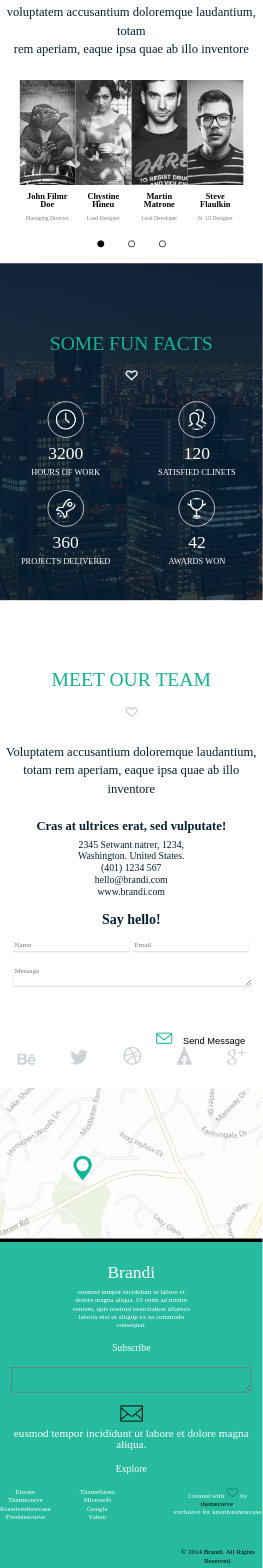
Repository: iravakilova/Brandi
Page: app/html/index.html
The author's editor kept a copy of each file at every save. The page is drawn from the files as they stood at one save, then again after the next save.
The browser window is 375 px wide. The pictures show the part of the page from y = 2396 to 4636 px (the page is 4636 px tall before and 4616 px after), at 70% of full size.
The style sheet was rebuilt from its Sass, Less or Tailwind sources for each picture, by a compiler version that may differ from the author's.

Above is the page before, as saved 2020-03-12 20:00:37.

### app/html/index.html
<!DOCTYPE html>
<html lang="en">
<head>
    <meta charset="UTF-8">
    <meta name="viewport" content="width=device-width, initial-scale=1.0">
    <title>BRANDI</title>
    <link rel="stylesheet" href="css/style.css">
</head>
<body>

    <!-- header -->

    <header class="header">
        <div class="container">
            <div class="header__inner">
                <div class="header__logo">
                    <p class="logo">Brandi</p>
                    <p class="logo-text">I’am your tag line</p>
                </div>
                <nav class="header-menu">
                    <img class="burger-menu" src="./img/menu.png" alt="">
                    <div class="navigation">
                        <a class="navigation__link active" href="#">Home</a>
                        <a class="navigation__link" href="#">Features</a>
                        <a class="navigation__link" href="#">Works</a>
                        <a class="navigation__link" href="#">Team</a>
                        <a class="navigation__link" href="#">Contact</a>
                    </div>
                </nav>
            </div>
        </div>

        <div class="intro">
            <div class="container">
                <div class="intro__inner">
                    <h1 class="intro__title">Meet <span style="font-weight: bold;">Brandi! </span> </h1>
                    <h2 class="intro__suptitle"><span style="color:#0fde95;">/creative</span> one page template.</h2>
                    <span class="intro__descr">We are a team of professionals</span>
                </div>
                <div class="social">
                    <a class="social__link" href="#"><img src="./img/twitter.png" alt="twitter"></a>
                    <a class="social__link" href="#"><img src="./img/facebook.png" alt="facebook"></a>
                    <a class="social__link" href="#"><img src="./img/google.png" alt="google"></a>
                    <a class="social__link" href="#"><img src="./img/dribbble.png" alt="dribbble"></a>
                </div>
            </div>
        </div>
    </header>

    <!-- features -->

    <section class="features">
        <div class="container">
            <h3 class="unit-title">Features</h3>
            <img class="heart" src="./img/heart-1.png" alt="">
            <div class="features__inner">
                <div class="features__var">
                    <div class="features__image">
                        <img src="./img/features-1.png" alt="">
                    </div>
                    <div class="features__item">
                        <h4 class="features__title">Branding</h4>
                        <p class="features__descr">Sed ut perspiciatis unde omnis iste natus error sit voluptatem accusantium doloremque laudantium, totam rem aperiam, eaque ipsa quae ab illo inventore</p>
                    </div>
                </div>
                <div class="features__var">
                    <div class="features__image">
                        <img src="./img/features-2.png" alt="">
                    </div>
                    <div class="features__item">
                        <h4 class="features__title">Development</h4>
                        <p class="features__descr">Sed ut perspiciatis unde omnis iste natus error sit voluptatem accusantium doloremque laudantium, totam rem aperiam, eaque ipsa quae ab illo inventore</p>
                    </div>
                </div>
                <div class="features__var">
                    <div class="features__image">
                        <img src="./img/features-3.png" alt="">
                    </div>
                    <div class="features__item">
                        <h4 class="features__title">Consulting</h4>
                        <p class="features__descr">Sed ut perspiciatis unde omnis iste natus error sit voluptatem accusantium doloremque laudantium, totam rem aperiam, eaque ipsa quae ab illo inventore</p>
                    </div>
                </div>
            </div>
        </div>
    </section>

    <!-- works -->

    <section class="works">
        <div class="wrap">
            <h3 class="unit-title">Works</h3>
            <img class="heart" src="./img/heart-1.png" alt="">
            <p class="unit-article">Sed ut perspiciatis unde omnis iste natus error sit voluptatem accusantium doloremque laudantium, totam<br/> rem aperiam, eaque ipsa quae ab illo inventore</p>
            <nav class="works-menu">
                <a class="works-menu__link" href="#">All</a>
                <a class="works-menu__link" href="#">Branding</a>
                <a class="works-menu__link" href="#">Web</a>
                <a class="works-menu__link" href="#">Logo Design</a>
                <a class="works-menu__link" href="#">Photography</a>
            </nav>
            <div class="gallery">
                <div class="gallery__container">
                    <div class="gallery__box">
                        <img class="gallery__img" src="./img/works-1.png" alt="">
                        <div class="ladore">
                            <div class="ladore__img">
                                <img src="./img/eye.png" alt="">
                            </div>
                            <h4 class="ladore__title">Labore et dolore magnam</h4>
                            <p class="ladore__descr">Photography</p>
                        </div>
                    </div>
                    <div class="gallery__box">
                        <img class="gallery__img" src="./img/works-2.png" alt="">
                        <div class="ladore">
                            <div class="ladore__img">
                                <img src="./img/eye.png" alt="">
                            </div>
                            <h4 class="ladore__title">Labore et dolore magnam</h4>
                            <p class="ladore__descr">Photography</p>
                        </div>
                    </div>
                    <div class="gallery__box">
                        <img class="gallery__img" src="./img/works-3.png" alt="">
                        <div class="ladore">
                            <div class="ladore__img">
                                <img src="./img/eye.png" alt="">
                            </div>
                            <h4 class="ladore__title">Labore et dolore magnam</h4>
                            <p class="ladore__descr">Photography</p>
                        </div>
                    </div>
                    <div class="gallery__box">
                        <img class="gallery__img" src="./img/works-4.png" alt="">
                        <div class="ladore">
                            <div class="ladore__img">
                                <img src="./img/eye.png" alt="">
                            </div>
                            <h4 class="ladore__title">Labore et dolore magnam</h4>
                            <p class="ladore__descr">Photography</p>
                        </div>
                    </div>
                    <div class="gallery__box">
                        <img class="gallery__img" src="./img/works-5.png" alt="">
                        <div class="ladore">
                            <div class="ladore__img">
                                <img src="./img/eye.png" alt="">
                            </div>
                            <h4 class="ladore__title">Labore et dolore magnam</h4>
                            <p class="ladore__descr">Photography</p>
                        </div>
                    </div>
                    <div class="gallery__box">
                        <img class="gallery__img" src="./img/works-6.png" alt="">
                        <div class="ladore">
                            <div class="ladore__img">
                                <img src="./img/eye.png" alt="">
                            </div>
                            <h4 class="ladore__title">Labore et dolore magnam</h4>
                            <p class="ladore__descr">Photography</p>
                        </div>
                    </div>
                    <div class="gallery__box">
                        <img class="gallery__img" src="./img/works-7.png" alt="">
                        <div class="ladore">
                            <div class="ladore__img">
                                <img src="./img/eye.png" alt="">
                            </div>
                            <h4 class="ladore__title">Labore et dolore magnam</h4>
                            <p class="ladore__descr">Photography</p>
                        </div>
                    </div>
                    <div class="gallery__box">
                        <img class="gallery__img" src="./img/works-8.png" alt="">
                        <div class="ladore">
                            <div class="ladore__img">
                                <img src="./img/eye.png" alt="">
                            </div>
                            <h4 class="ladore__title">Labore et dolore magnam</h4>
                            <p class="ladore__descr">Photography</p>
                        </div>
                    </div>
                </div>
            </div>
        </div>
    </section>

    <!-- team -->

    <section class="team">
        <div class="container">
            <h3 class="unit-title">Meet Our Team</h3>
            <img class="heart" src="./img/heart-1.png" alt="">
            <p class="unit-article">Sed ut perspiciatis unde omnis iste natus error sit voluptatem accusantium doloremque laudantium, totam <br/>rem aperiam, eaque ipsa quae ab illo inventore</p>
            <div class="crew">
                <input type="radio" name="switch" id="btn1" checked>
                <input type="radio" name="switch" id="btn2">
                <input type="radio" name="switch" id="btn3">

                <div class="switch">
                    <label for="btn1"></label>
                    <label for="btn2"></label>
                    <label for="btn3"></label>
                </div>
                <div class="crew__container">
                    <div class="crew__box">
                        <div class="crew__box__inner">
                            <img class="crew__img" src="./img/team-1.png" alt="">
                            <div class="crew__info">
                                <h4 class="crew__title">Nemo enim ipsam voluptatem quia voluptas</h4>
                                <p class="crew__descr">sit aspernatur aut odit aut fugit, sed quia consequuntur magni dolores eos qui ratione voluptatem.</p>
                                <div class="crew__social">
                                    <a class="crew__social__link" href="#"><img src="./img/twitter.png" alt="twitter"></a>
                                    <a class="crew__social__link" href="#"><img src="./img/facebook.png" alt="facebook"></a>
                                    <a class="crew__social__link" href="#"><img src="./img/google.png" alt="google"></a>
                                </div>
                            </div>
                        </div>
                        <h4 class="crew__suptitle">John Filmr Doe</h4>
                        <p class="crew__supdescr">Managing Director</p>
                    </div>
                    <div class="crew__box">
                        <div class="crew__box__inner">
                            <img class="crew__img" src="./img/team-2.png" alt="">
                            <div class="crew__info">
                                <h4 class="crew__title">Nemo enim ipsam voluptatem quia voluptas</h4>
                                <p class="crew__descr">sit aspernatur aut odit aut fugit, sed quia consequuntur magni dolores eos qui ratione voluptatem.</p>
                                <div class="crew__social">
                                    <a class="crew__social__link" href="#"><img src="./img/twitter.png" alt="twitter"></a>
                                    <a class="crew__social__link" href="#"><img src="./img/facebook.png" alt="facebook"></a>
                                    <a class="crew__social__link" href="#"><img src="./img/google.png" alt="google"></a>
                                </div>
                            </div>
                        </div>
                        <h4 class="crew__suptitle">Chystine Hineu</h4>
                        <p class="crew__supdescr">Lead Designer</p>
                    </div>
                    <div class="crew__box">
                        <div class="crew__box__inner">
                            <img class="crew__img" src="./img/team-3.png" alt="">
                            <div class="crew__info">
                                <h4 class="crew__title">Nemo enim ipsam voluptatem quia voluptas</h4>
                                <p class="crew__descr">sit aspernatur aut odit aut fugit, sed quia consequuntur magni dolores eos qui ratione voluptatem.</p>
                                <div class="crew__social">
                                    <a class="crew__social__link" href="#"><img src="./img/twitter.png" alt="twitter"></a>
                                    <a class="crew__social__link" href="#"><img src="./img/facebook.png" alt="facebook"></a>
                                    <a class="crew__social__link" href="#"><img src="./img/google.png" alt="google"></a>
                                </div>
                            </div>
                        </div>
                        <h4 class="crew__suptitle">Martin Matrone</h4>
                        <p class="crew__supdescr">Lead Developer</p>
                    </div>
                    <div class="crew__box">
                        <div class="crew__box__inner">
                            <img class="crew__img" src="./img/team-4.png" alt="">
                            <div class="crew__info">
                                <h4 class="crew__title">Nemo enim ipsam voluptatem quia voluptas</h4>
                                <p class="crew__descr">sit aspernatur aut odit aut fugit, sed quia consequuntur magni dolores eos qui ratione voluptatem.</p>
                                <div class="crew__social">
                                    <a class="crew__social__link" href="#"><img src="./img/twitter.png" alt="twitter"></a>
                                    <a class="crew__social__link" href="#"><img src="./img/facebook.png" alt="facebook"></a>
                                    <a class="crew__social__link" href="#"><img src="./img/google.png" alt="google"></a>
                                </div>
                            </div>
                        </div>
                        <h4 class="crew__suptitle">Steve Flaulkin</h4>
                        <p class="crew__supdescr">Sr. UI Designer</p>
                    </div>
                </div>
            </div>
        </div>
    </section>

    <!-- facts -->

    <section class="facts">
        <div class="container">
            <h3 class="unit-title">Some Fun Facts</h3>
            <img class="heart" src="./img/heart-2.png" alt="">
            <div class="facts__inner">
                <div class="facts__var">
                    <img class="facts__image" src="./img/fact-1.png" alt="">
                    <h4 class="facts__title">3200</h4>
                    <p class="facts__descr">Hours of Work</p>
                </div>
                <div class="facts__var">
                    <img class="facts__image" src="./img/fact-2.png" alt="">
                    <h4 class="facts__title">120</h4>
                    <p class="facts__descr">Satisfied Clinets</p>
                </div>
                <div class="facts__var">
                    <img class="facts__image" src="./img/fact-3.png" alt="">
                    <h4 class="facts__title">360</h4>
                    <p class="facts__descr">Projects delivered</p>
                </div>
                <div class="facts__var">
                    <img class="facts__image" src="./img/fact-4.png" alt="">
                    <h4 class="facts__title">42</h4>
                    <p class="facts__descr">Awards Won</p>
                </div>
            </div>
        </div>
    </section>

    <!-- discuss -->

    <section class="discuss">
        <div class="container">
            <h3 class="unit-title">Meet Our Team</h3>
            <img class="heart" src="./img/heart-1.png" alt="">
            <p class="unit-article">Voluptatem accusantium doloremque laudantium, totam rem aperiam, eaque ipsa quae ab illo inventore</p>
            <div class="discuss__inner">
                <div class="leftside">
                    <h4 class="leftside__title">Cras at ultrices erat, sed vulputate!</h4>
                    <p class="leftside__descr">2345 Setwant natrer, 1234,<br/>Washington. United States.<br/>(401) 1234 567<br/>hello@brandi.com<br/>www.brandi.com</p>
                </div>
                <div class="middleside">
                    <h4 class="middleside__title">Say hello!</h4>
                    <form class="middleside__area">
                        <div class="middleside__input">
                            <input type="text" placeholder="Name" class="form-control">
                            <input type="text" placeholder="Email" class="form-control">
                        </div>
                        <div class="middleside__textarea">
                            <textarea type="text" placeholder="Message" class="form-control"></textarea>
                        </div>
                        <div class="middleside__button">
                            <button><a href="#"><img src="./img/convert-1.png" alt=""> Send Message</a></button>
                        </div>
                    </form>
                </div>
                <div class="rightside">
                    <a href="#"><img class="rightside__img" src="./img/discuss-behance.png" alt=""></a>
                    <a href="#"><img class="rightside__img" src="./img/discuss-twitter.png" alt=""></a>
                    <a href="#"><img class="rightside__img" src="./img/discuss-dribbble.png" alt=""></a>
                    <a href="#"><img class="rightside__img" src="./img/discuss-forrst.png" alt=""></a>
                    <a href="#"><img class="rightside__img" src="./img/discuss-google.png" alt=""></a>
                </div>
            </div>
        </div>
        <div class="map"><img src="./img/point.png" alt="" class="point"></div>
    </section>

    <!-- footer -->

    <footer class="footer">
        <div class="container">
            <div class="footer__inner">
                <div class="logo-part">
                    <p class="footer__logo">Brandi</p>
                    <p class="footer__descr">eusmod tempor incididunt ut labore et<br/> dolore magna aliqua. Ut enim ad minim<br/> veniam, quis nostrud exercitation ullamco<br/>
                         laboris nisi ut aliquip ex ea commodo<br/>
                        consequat.</p>
                </div>
                <div class="subsribe-part">
                    <h4 class="footer__title">Subscribe</h4>
                    <form action="" class="footer__textarea">
                        <textarea type="text" class="form-control"></textarea>
                        <div class="footer__button">
                            <button><a href="#"><img src="./img/convert.png" alt=""></a></button>
                        </div>
                    </form>
                    <p class="footer__descr">eusmod tempor incididunt ut labore et dolore magna aliqua. </p>
                </div>
                <div class="explore-part">
                    <h4 class="footer__title">Explore</h4>
                    <div class="explore-part__inner">
                        <div class="part-one">
                            <p>Envato</p>
                            <p>Themecurve</p>
                            <p>Kreativeshowcase</p>
                            <p>Freebiescurve</p>
                        </div>
                        <div class="part-two">
                            <p class="footer__descr">Themeforest</p>
                            <p>Microsoft</p>
                            <p>Google</p>
                            <p>Yahoo</p>
                        </div>
                        <div class="part-three">
                            <p >Created with <img src="./img/heart-1.png" alt=""> by <span style="color: black;">themecurve</span>,<br/>
                                exclusive for kreativeshowcase</p>
                            <p class="quote"><span style="color: black;">© 2014 Brandi. All Rights Reserved.</span></p>
                        </div>
                    </div>
                </div>
            </div>
        </div>
    </footer>

</body>
</html>

### app/scss/style.scss

@import "reset";
@import "header";
@import "features";
@import "works";
@import "team";
@import "facts";
@import "discuss";
@import "footer";


.container {
    width: 100%;
    max-width: 1200px;
    margin: 0 auto;
    filter: brightness(100%);
}
.unit-title{
    font-family: "OpenSans-Extrabold", "AdobeInvisFont", "MyriadPro-Regular";
    font-size: 28px;
    color: rgba(14, 180, 147, 255);
    text-transform: uppercase;
    text-align: center;
    padding-top: 100px;
}
.heart{
    display: block;
    margin: 0 auto;
    padding-top: 25px;
}
.unit-article{
    font-family: "OpenSans-Semibold", "AdobeInvisFont", "MyriadPro-Regular";
    font-size: 18px;
    color: rgba(6, 32, 51, 255);
    text-align: center;
    padding-top: 36px;
    line-height: 1.5;
}

### app/scss/_features.scss

/* features */

.features {
    width: 100%;
    max-width: 1600px;
    margin: 0 auto;
    background-color: #f4f7f9;

    .features__inner {
      display: flex;
      justify-content: space-between;
      align-items: center;
      padding: 67px 0 80px;

      .features__var {
        margin-right: 44px;
        display: flex;

        &:last-child {
          margin-right: 0px;
        }

        .features__image {
          display: block;
          margin-right: 17px;
        }

        .features__title {
          font-family: "OpenSans-Semibold", "AdobeInvisFont", "MyriadPro-Regular";
          font-size: 20px;
          color: rgba(6, 32, 51, 255);
          padding-bottom: 22px;
        }

        .features__descr {
          font-family: "OpenSans", "AdobeInvisFont", "MyriadPro-Regular";
          font-size: 13px;
          color: rgba(6, 32, 51, 255);
          line-height: 1.5;
        }
      }
    }
  }

  @media only screen and (min-width : 320px) and (max-width : 480px){

    .features {
      max-width: 480px;
      min-width: 320px;

      .features__inner {
        display: block;
        padding: 30px 0px;

        .features__var {
          margin: 0px 20px 20px;

          &:last-child {
            margin: 0px 20px;
          }

          .features__image {
            margin-right: 10px;
          }

          .features__title {
            padding-bottom: 10px;
          }

          .features__descr {
            text-align: justify;
          }
        }
      }
    }

  }

### app/scss/_footer.scss

/* footer */

.footer {
    width: 100%;
    max-width: 1600px;
    margin: 0 auto;
    background: url(/img/labore.png) no-repeat center top;
    background-size: cover;
    color: #fff;

    .footer__inner {
      padding: 99px 0 127px;
      width: 100%;
      display: flex;
      justify-content: space-between;
      align-items: baseline;

      .logo-part {
        padding-right: 45px;

        .footer__logo {
          color: #fff;
          font-size: 28px;
          padding-bottom: 44px;
        }

        .footer__descr {
          font-family: "OpenSans", "AdobeInvisFont", "MyriadPro-Regular";
          font-size: 13px;
          line-height: 2;
        }
      }

      .footer__title {
        font-family: "OpenSans-Bold", "AdobeInvisFont", "MyriadPro-Regular";
        font-size: 14px;
        padding-bottom: 47px;
      }

      .subsribe-part {
        .footer__textarea textarea {
          width: 90%;
          background: transparent;
          margin-bottom: 10px;
        }

        .footer__button button {
          border: none;
          background: transparent;
        }
      }

      .explore-part__inner {
        display: flex;
        justify-content: space-between;

        .part-two {
          padding: 0 83px 0 41px;
        }

        .quote {
          padding-top: 45px;
        }
      }
    }
  }

  @media only screen and (min-width : 320px) and (max-width : 480px){

    .footer {
      max-width: 480px;
      min-width: 320px;

      .footer__inner {
        padding: 30px 0 5px;
        flex-direction: column;
        text-align: center;

        .logo-part {
          width: 100%;
          padding-right: 0px;

          .footer__logo {
            font-size: 25px;
            padding-bottom: 10px;
          }

          .footer__descr {
            font-family: "OpenSans", "AdobeInvisFont", "MyriadPro-Regular";
            font-size: 10px;
            line-height: 1.2;
          }
        }

        .footer__title {
          font-size: 14px;
          padding: 20px 10px;
        }

        .subsribe-part {
          .footer__textarea textarea {
            width: 90%;
            background: transparent;
            margin-bottom: 10px;
          }

          .footer__button button {
            border: none;
            background: transparent;
          }
        }

        .explore-part__inner {
          display: flex;
          justify-content: space-between;
          font-size: 10px;
          line-height: 1.2;

          .part-two {
            padding: 0 83px 0 41px;
          }

          .quote {
            padding-top: 45px;
          }
        }
      }
    }

  }

Loaded but not shown: app/scss/_reset.scss (common file); app/scss/_team.scss (212 lines, source omitted); app/scss/_discuss.scss (212 lines, source omitted); app/scss/_header.scss (198 lines, source omitted); app/scss/_works.scss (166 lines, source omitted); app/scss/_facts.scss (111 lines, source omitted)

After the next save:
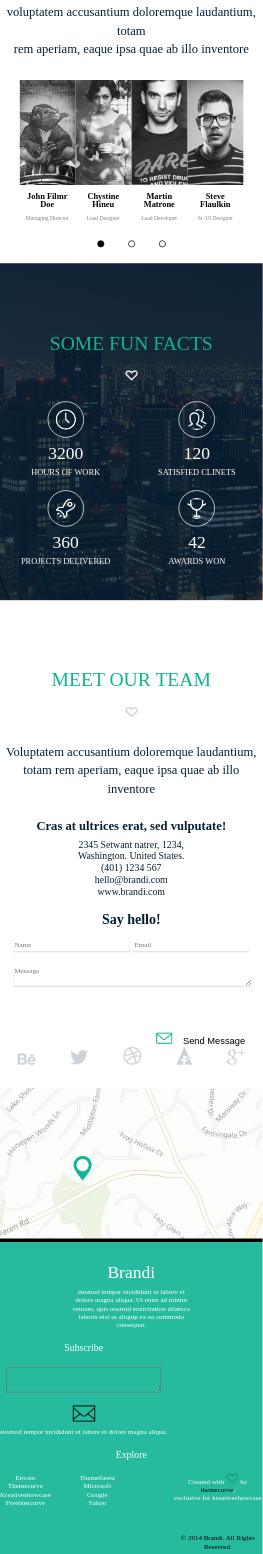
Saved 60 s later.
--- a/app/scss/_footer.scss
+++ b/app/scss/_footer.scss
@@ -109,6 +109,12 @@
             border: none;
             background: transparent;
           }
+
+          .footer__descr {
+            font-family: "OpenSans", "AdobeInvisFont", "MyriadPro-Regular";
+            font-size: 10px;
+            line-height: 1.2;
+          }
         }
 
         .explore-part__inner {
